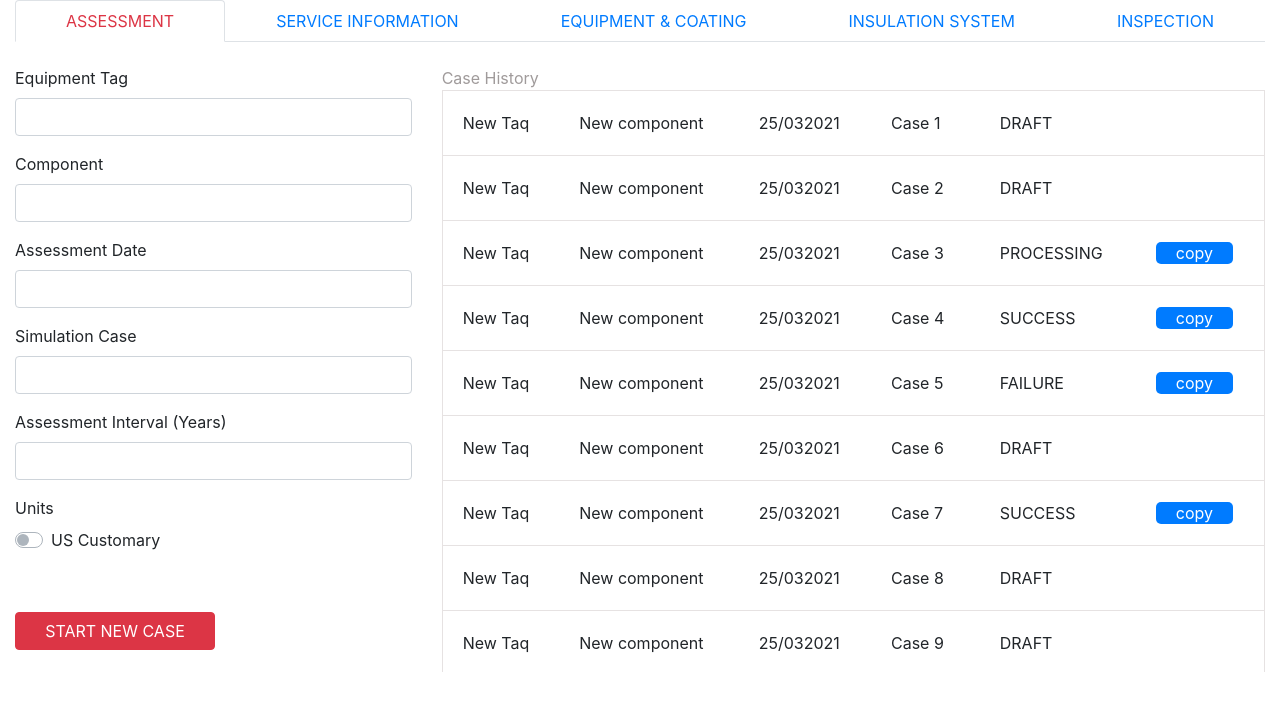
Repository: arif286/dashboard
Page: /
An editor plug-in stored every save of this project. The page is shown before and after the next save, followed by the edit.
The browser window is 1280 px wide. The pictures show the whole page.
An inner scrolling area shows only its first screen. The project was rebuilt for these pictures with package versions that can differ from the ones it lists, and the page was loaded fresh each time. The framework's server and built-in components were replaced by stand-ins that run in the browser. Also part of the build but not shown: nuxt.config.js, components/Nav.vue.

Above is the page before, as saved 2021-06-18 20:12:36.

### components/Form.vue
<template>
  <div>
    <form class="Assessment-input" action="">
      <div class="mb-3">
        <label for="Input1" class="form-label">Equipment Tag</label>
        <input id="Input1" type="text" class="form-control">
      </div>
      <div class="mb-3">
        <label for="Input2" class="form-label">Component</label>
        <input id="Input2" type="text" class="form-control">
      </div>
      <div class="mb-3">
        <label for="Input3" class="form-label">Assessment Date</label>
        <input id="Input3" type="text" class="form-control">
      </div>
      <div class="mb-3">
        <label for="Input4" class="form-label">Simulation Case</label>
        <input id="Input4" type="text" class="form-control">
      </div>
      <div class="mb-3">
        <label for="Input5" class="form-label">Assessment Interval (Years)</label>
        <input id="Input5" type="text" class="form-control">
      </div>
      <div>
        <label for="Input5" class="form-label">Units</label>
        <b-form-checkbox v-model="checked" name="check-button" switch>
          US Customary
        </b-form-checkbox>
      </div>
      <b-button class="submit-button" type="submit" variant="danger">
        START NEW CASE
      </b-button>
    </form>
  </div>
</template>
<script>
export default {
  data () {
    return {
      form: {
        email: '',
        name: '',
        food: null,
        checked: []
      },
      foods: [
        { text: 'Select One', value: null },
        'Carrots',
        'Beans',
        'Tomatoes',
        'Corn'
      ],
      show: true,
      checked: false
    }
  },
  methods: {
    onSubmit (event) {
      event.preventDefault()
      alert(JSON.stringify(this.form))
    }
  }
}
</script>
<style>
.submit-button {
  width: 200px;
  margin-top: 60px;
}
.Assessment-input input:focus {
  border-color: red;
  box-shadow: none;
}
</style>

### components/Table.vue
<template>
  <div class="table-contain">
    <p class="title">
      Case History
    </p>
    <table class="w-100 table-border">
      <tbody>
        <tr v-for="item in data" :key="item.id">
          <td>{{ item.equipmentTag }}</td>
          <td>{{ item.component }}</td>
          <td>{{ item.assessmentDate }}</td>
          <td>Case {{ item.case }}</td>
          <td>
            <span>
              {{ item.status }}
            </span>
          </td>
          <td>
            <span :class="item.copy ? 'copy-btn' : ''">{{ item.copy ? 'copy' : '' }}</span>
          </td>
        </tr>
      </tbody>
    </table>
  </div>
</template>

<script>
export default {
  props: {
    data: {
      type: Array,
      required: true
    }
  }
}
</script>
<style scoped>

.table-border tr{
 border: 1px solid #e6e2e2;
}
.table-border td{
  padding: 20px;
}
.title{
  margin-bottom: 0px;
  color: #a09b9b;
}
.table-contain {
  height: 606px;
  overflow-y: scroll;
}
.copy-btn{
  background-color: #007bff;
  padding: 1px 20px;
  color: white;
  border-radius: 5px;
}
.status-draft{
  color: #007bff;
}
.status-process{
  color: orange;
}
.status-success{
  color: greenyellow;
}
.status-failure{
  color: red;
}
</style>

### pages/index.vue
<template>
  <div class="container">
    <div>
      <b-tabs active-nav-item-class="text-danger" content-class="mt-3" fill>
        <b-tab title="ASSESSMENT" active>
          <div class="row mt-4">
            <div class="col-4">
              <Form />
            </div>
            <div class="col-8">
              <Table :data="dashboardData" />
            </div>
          </div>
        </b-tab>
        <b-tab title="SERVICE INFORMATION">
          <p>I'm the second tab</p>
        </b-tab>
        <b-tab title="EQUIPMENT & COATING">
          <p>I'm the tab with the very, very long title</p>
        </b-tab>
        <b-tab title="INSULATION SYSTEM">
          <p>I'm a disabled tab!</p>
        </b-tab>
        <b-tab title="INSPECTION">
          <p>I'm a Inspection!</p>
        </b-tab>
      </b-tabs>
    </div>
  </div>
</template>

<script>
import { dashboardData } from '@/assets/dashboard.js'
// eslint-disable-next-line semi
export default {
  data () {
    return { dashboardData }
  }
}
</script>

<style>
.container {
  max-width: 1860px;
}
</style>

### assets/dashboard.js
export const dashboardData = [
  {
    id: 1,
    equipmentTag: 'New Taq',
    component: 'New component',
    assessmentDate: '25/032021',
    case: 1,
    status: 'DRAFT'
  },
  {
    id: 2,
    equipmentTag: 'New Taq',
    component: 'New component',
    assessmentDate: '25/032021',
    case: 2,
    status: 'DRAFT'
  },
  {
    id: 3,
    equipmentTag: 'New Taq',
    component: 'New component',
    assessmentDate: '25/032021',
    case: 3,
    status: 'PROCESSING',
    copy: true
  },
  {
    id: 4,
    equipmentTag: 'New Taq',
    component: 'New component',
    assessmentDate: '25/032021',
    case: 4,
    status: 'SUCCESS',
    copy: true
  },
  {
    id: 5,
    equipmentTag: 'New Taq',
    component: 'New component',
    assessmentDate: '25/032021',
    case: 5,
    status: 'FAILURE',
    copy: true
  },
  {
    id: 6,
    equipmentTag: 'New Taq',
    component: 'New component',
    assessmentDate: '25/032021',
    case: 6,
    status: 'DRAFT'
  },
  {
    id: 7,
    equipmentTag: 'New Taq',
    component: 'New component',
    assessmentDate: '25/032021',
    case: 7,
    status: 'SUCCESS',
    copy: true
  },
  {
    id: 8,
    equipmentTag: 'New Taq',
    component: 'New component',
    assessmentDate: '25/032021',
    case: 8,
    status: 'DRAFT'
  },
  {
    id: 9,
    equipmentTag: 'New Taq',
    component: 'New component',
    assessmentDate: '25/032021',
    case: 9,
    status: 'DRAFT'
  },
  {
    id: 10,
    equipmentTag: 'New Taq',
    component: 'New component',
    assessmentDate: '25/032021',
    case: 10,
    status: 'DRAFT'
  }
]

Loaded but not shown: layouts/default.vue (common file)

After the next save:
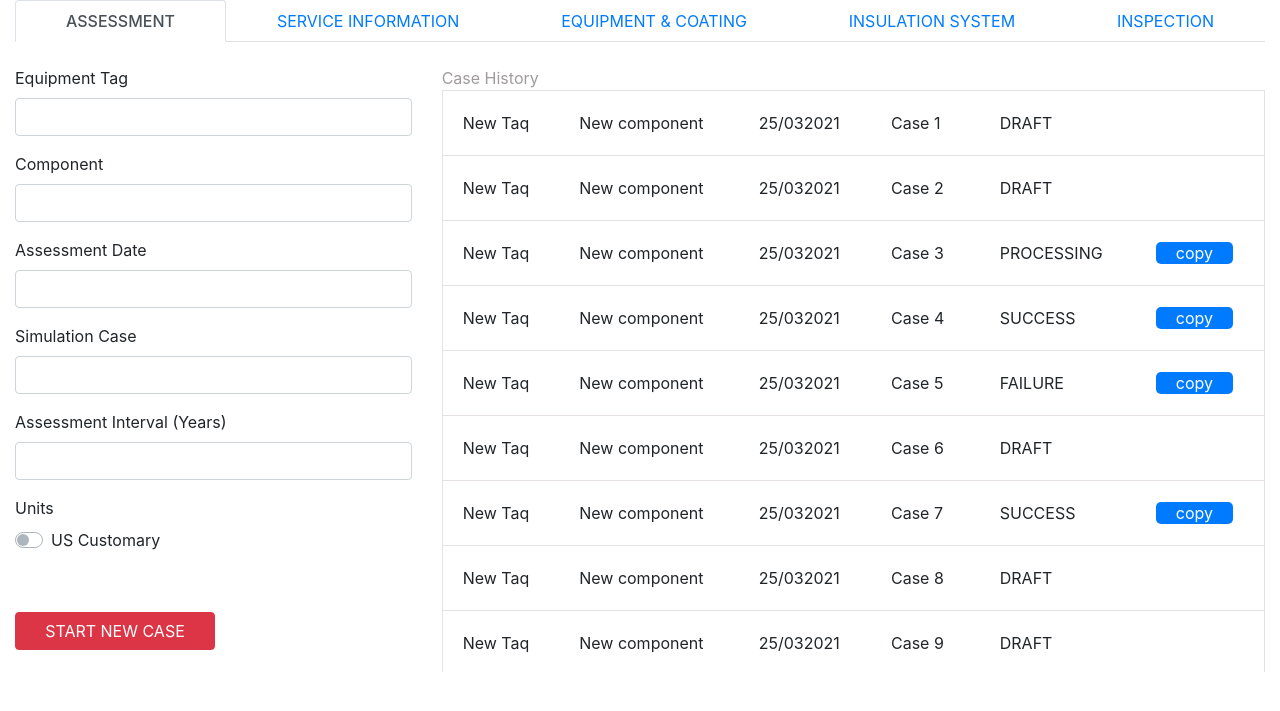
Saved 11 min 23 s later.
--- a/pages/index.vue
+++ b/pages/index.vue
@@ -1,7 +1,7 @@
 <template>
   <div class="container">
     <div>
-      <b-tabs active-nav-item-class="text-danger" content-class="mt-3" fill>
+      <b-tabs active-nav-item-class="tab-title" content-class="mt-3" fill>
         <b-tab title="ASSESSMENT" active>
           <div class="row mt-4">
             <div class="col-4">
@@ -43,4 +43,9 @@ export default {
 .container {
   max-width: 1860px;
 }
+.tab-title{
+  color: red;
+  font-weight: 500;
+
+}
 </style>
